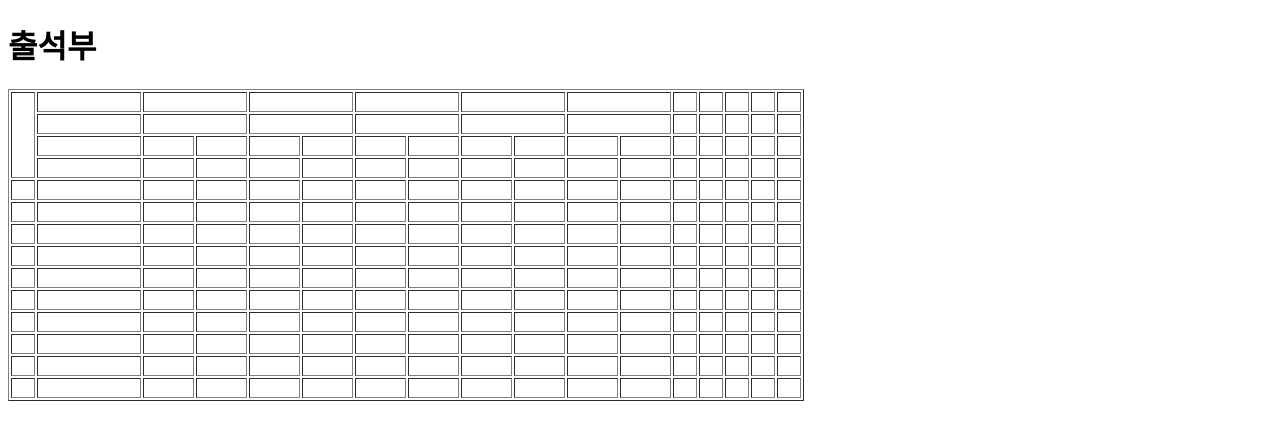
Repository: sujin9335/Front-end
Page: ClientTest/src/main/webapp/html/문제/11.html
An editor plug-in stored every save of this project. The page is shown before and after the next save, followed by the edit.
The browser window is 1280 px wide. The pictures show the whole page.

Above is the page before, as saved 2023-09-21 02:44:41.

### ClientTest/src/main/webapp/html/문제/11.html
<!DOCTYPE html>
<html>
<head>
<meta charset="UTF-8">
<title>Insert title here</title>
</head>
<body>

	<!-- 12x 14-->
	<h1><b>출석부</b></h1>
	<table border="1" >
		<tr height="20">
			<td align="center" width="20" rowspan="4"></td>
			<td align="center" width="100"></td>
			<td align="center" width="100" colspan="2"></td>
			<td align="center" width="100" colspan="2"></td>
			<td align="center" width="100" colspan="2"></td>
			<td align="center" width="100" colspan="2"></td>
			<td align="center" width="100" colspan="2"></td>
			<td align="center" width="20"></td>
			<td align="center" width="20"></td>
			<td align="center" width="20"></td>
			<td align="center" width="20"></td>
			<td align="center" width="20"></td>
		</tr>
		<tr height="20">
			<td align="center"></td>
			<td align="center" colspan="2"></td>
			<td align="center" colspan="2"></td>
			<td align="center" colspan="2"></td>
			<td align="center" colspan="2"></td>
			<td align="center" colspan="2"></td>
			<td align="center"></td>
			<td align="center"></td>
			<td align="center"></td>
			<td align="center"></td>
			<td align="center"></td>
		</tr>
		<tr height="20">
			<td align="center"></td>
			<td align="center"></td>
			<td align="center"></td>
			<td align="center"></td>
			<td align="center"></td>
			<td align="center"></td>
			<td align="center"></td>
			<td align="center"></td>
			<td align="center"></td>
			<td align="center"></td>
			<td align="center"></td>
			<td align="center"></td>
			<td align="center"></td>
			<td align="center"></td>
			<td align="center"></td>
			<td align="center"></td>
		</tr>
		<tr height="20">
			<td align="center"></td>
			<td align="center"></td>
			<td align="center"></td>
			<td align="center"></td>
			<td align="center"></td>
			<td align="center"></td>
			<td align="center"></td>
			<td align="center"></td>
			<td align="center"></td>
			<td align="center"></td>
			<td align="center"></td>
			<td align="center"></td>
			<td align="center"></td>
			<td align="center"></td>
			<td align="center"></td>
			<td align="center"></td>
		</tr>
		<tr height="20">
			<td align="center"></td>
			<td align="center"></td>
			<td align="center"></td>
			<td align="center"></td>
			<td align="center"></td>
			<td align="center"></td>
			<td align="center"></td>
			<td align="center"></td>
			<td align="center"></td>
			<td align="center"></td>
			<td align="center"></td>
			<td align="center"></td>
			<td align="center"></td>
			<td align="center"></td>
			<td align="center"></td>
			<td align="center"></td>
			<td align="center"></td>
		</tr>
		<tr height="20">
			<td align="center"></td>
			<td align="center"></td>
			<td align="center"></td>
			<td align="center"></td>
			<td align="center"></td>
			<td align="center"></td>
			<td align="center"></td>
			<td align="center"></td>
			<td align="center"></td>
			<td align="center"></td>
			<td align="center"></td>
			<td align="center"></td>
			<td align="center"></td>
			<td align="center"></td>
			<td align="center"></td>
			<td align="center"></td>
			<td align="center"></td>
		</tr>
		<tr height="20">
			<td align="center"></td>
			<td align="center"></td>
			<td align="center"></td>
			<td align="center"></td>
			<td align="center"></td>
			<td align="center"></td>
			<td align="center"></td>
			<td align="center"></td>
			<td align="center"></td>
			<td align="center"></td>
			<td align="center"></td>
			<td align="center"></td>
			<td align="center"></td>
			<td align="center"></td>
			<td align="center"></td>
			<td align="center"></td>
			<td align="center"></td>
		</tr>
		<tr height="20">
			<td align="center"></td>
			<td align="center"></td>
			<td align="center"></td>
			<td align="center"></td>
			<td align="center"></td>
			<td align="center"></td>
			<td align="center"></td>
			<td align="center"></td>
			<td align="center"></td>
			<td align="center"></td>
			<td align="center"></td>
			<td align="center"></td>
			<td align="center"></td>
			<td align="center"></td>
			<td align="center"></td>
			<td align="center"></td>
			<td align="center"></td>
		</tr>
		<tr height="20">
			<td align="center"></td>
			<td align="center"></td>
			<td align="center"></td>
			<td align="center"></td>
			<td align="center"></td>
			<td align="center"></td>
			<td align="center"></td>
			<td align="center"></td>
			<td align="center"></td>
			<td align="center"></td>
			<td align="center"></td>
			<td align="center"></td>
			<td align="center"></td>
			<td align="center"></td>
			<td align="center"></td>
			<td align="center"></td>
			<td align="center"></td>
		</tr>
		<tr height="20">
			<td align="center"></td>
			<td align="center"></td>
			<td align="center"></td>
			<td align="center"></td>
			<td align="center"></td>
			<td align="center"></td>
			<td align="center"></td>
			<td align="center"></td>
			<td align="center"></td>
			<td align="center"></td>
			<td align="center"></td>
			<td align="center"></td>
			<td align="center"></td>
			<td align="center"></td>
			<td align="center"></td>
			<td align="center"></td>
			<td align="center"></td>
		</tr>
		<tr height="20">
			<td align="center"></td>
			<td align="center"></td>
			<td align="center"></td>
			<td align="center"></td>
			<td align="center"></td>
			<td align="center"></td>
			<td align="center"></td>
			<td align="center"></td>
			<td align="center"></td>
			<td align="center"></td>
			<td align="center"></td>
			<td align="center"></td>
			<td align="center"></td>
			<td align="center"></td>
			<td align="center"></td>
			<td align="center"></td>
			<td align="center"></td>
		</tr>
		<tr height="20">
			<td align="center"></td>
			<td align="center"></td>
			<td align="center"></td>
			<td align="center"></td>
			<td align="center"></td>
			<td align="center"></td>
			<td align="center"></td>
			<td align="center"></td>
			<td align="center"></td>
			<td align="center"></td>
			<td align="center"></td>
			<td align="center"></td>
			<td align="center"></td>
			<td align="center"></td>
			<td align="center"></td>
			<td align="center"></td>
			<td align="center"></td>
		</tr>
		<tr height="20">
			<td align="center"></td>
			<td align="center"></td>
			<td align="center"></td>
			<td align="center"></td>
			<td align="center"></td>
			<td align="center"></td>
			<td align="center"></td>
			<td align="center"></td>
			<td align="center"></td>
			<td align="center"></td>
			<td align="center"></td>
			<td align="center"></td>
			<td align="center"></td>
			<td align="center"></td>
			<td align="center"></td>
			<td align="center"></td>
			<td align="center"></td>
		</tr>
		<tr height="20">
			<td align="center"></td>
			<td align="center"></td>
			<td align="center"></td>
			<td align="center"></td>
			<td align="center"></td>
			<td align="center"></td>
			<td align="center"></td>
			<td align="center"></td>
			<td align="center"></td>
			<td align="center"></td>
			<td align="center"></td>
			<td align="center"></td>
			<td align="center"></td>
			<td align="center"></td>
			<td align="center"></td>
			<td align="center"></td>
			<td align="center"></td>
		</tr>







	</table>





</body>
</html>

After the next save:
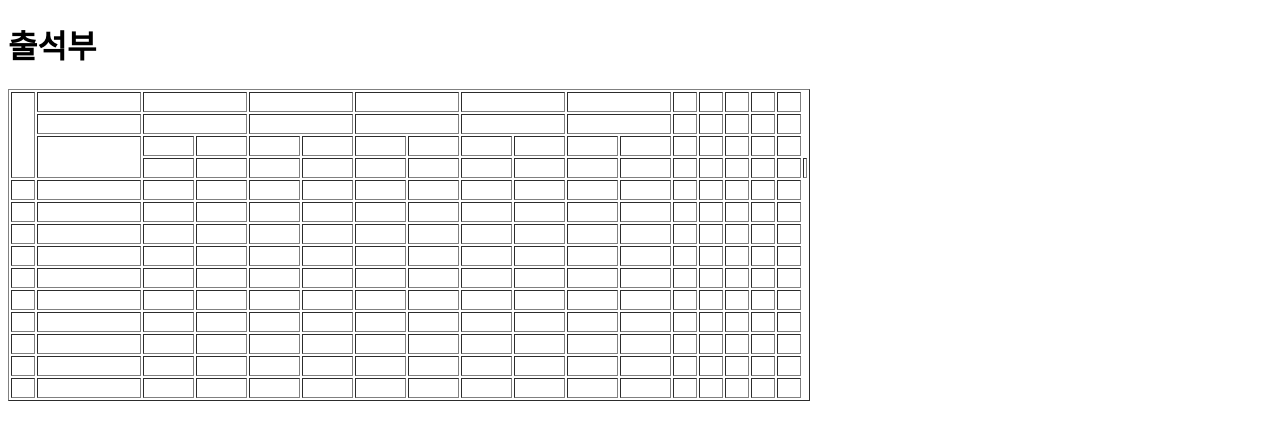
Saved 18 s later.
--- a/ClientTest/src/main/webapp/html/문제/11.html
+++ b/ClientTest/src/main/webapp/html/문제/11.html
@@ -37,7 +37,7 @@
 			<td align="center"></td>
 		</tr>
 		<tr height="20">
-			<td align="center"></td>
+			<td align="center" rowspan="2"></td>
 			<td align="center"></td>
 			<td align="center"></td>
 			<td align="center"></td>
